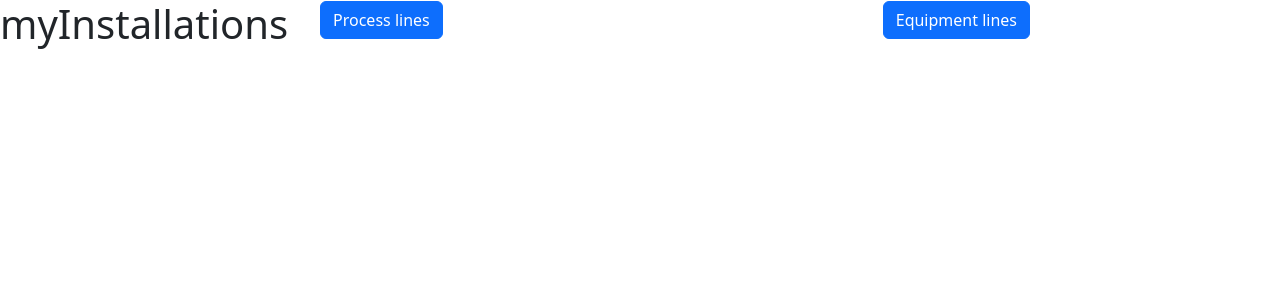
Repository: sreech465/evin3
Page: /equipment
An editor plug-in stored every save of this project. The page is shown before and after the next save, followed by the edit.
The browser window is 1280 px wide. The pictures show the whole page.
The page's requests for data from a server got no answer. The project was rebuilt for these pictures with package versions that can differ from the ones it lists, and the page was loaded fresh each time. No one was signed in, and anything a server would have sent is missing. Also part of the build but not shown: src/Login.js, src/Display.js, src/Details.js, src/CustomSearchBar.js, src/Process.js, src/Learning.js, src/ProcessDetails.js, src/EquipDetails.js.

Above is the page before, as saved 2022-10-29 08:20:24.

### src/index.js
import React from "react";
import ReactDOM from "react-dom/client";
import "./index.css";
import App from "./App";
import reportWebVitals from "./reportWebVitals";
import { Provider } from "react-redux";
import store from "./store";
import "bootstrap/dist/css/bootstrap.min.css";
const root = ReactDOM.createRoot(document.getElementById("root"));
root.render(
  <React.StrictMode>
    <Provider store={store}>
      <App />
    </Provider>
  </React.StrictMode>
);

// If you want to start measuring performance in your app, pass a function
// to log results (for example: reportWebVitals(console.log))
// or send to an analytics endpoint. Learn more: https://bit.ly/CRA-vitals
reportWebVitals();

### src/App.js
import React from "react";
import { Routes, Route } from "react-router-dom";
import { BrowserRouter } from "react-router-dom";
import Login from "./Login";
import Display from "./Display";
import Details from "./Details";
import Process from "./Process";
import Equipment from "./Equipment";
import Learning from "./Learning";
import ProcessDetails from "./ProcessDetails";
import EquipDetails from "./EquipDetails";

const App = () => {
  return (
    <div className="App">
      <BrowserRouter>
        <Routes>
          <Route path="/" element={<Login />} />
          <Route path="/display" element={<Display />} />
          <Route path="/details" element={<Details />} />
          <Route path="/pdetails" element={<Process />} />
          <Route path="/elearning" element={<Learning />} />
          <Route path="/equipment" element={<Equipment />} />
          <Route path="/pdetails/:id" element={<ProcessDetails />} />
          <Route path="/equipment/:id" element={<EquipDetails />} />
        </Routes>
      </BrowserRouter>
    </div>
  );
};

export default App;

### src/store.js
import { applyMiddleware, createStore } from "redux";
import thunk from "redux-thunk";

import { singleReducer } from "./combineReducer";

const store = createStore(singleReducer, applyMiddleware(thunk));

export default store;

### src/Equipment.js
import React, { useEffect } from "react";
import { useSelector, useDispatch } from "react-redux";
import { getEquipmentDetails } from "./Actions";
import Headertabs from "./Headertabs";
import { Link } from "react-router-dom";

const Equipment = () => {
  const dispatch = useDispatch();

  const access_token = useSelector(
    (state) => state.LoginReducer.auth.access_token
  );

  const EquipmentList = useSelector((state) => state.EquipmentReducer.Data102);
  console.log(EquipmentList);

  useEffect(() => {
    dispatch(getEquipmentDetails(access_token));
  }, []);

  return (
    <>
      <Headertabs />
      {/* <div>
        <Routes>
          <Route path="/equipment" element={<Equipment />} />
        </Routes>
      </div> */}

      <>
        {EquipmentList &&
          EquipmentList.data.results.length > 0 &&
          EquipmentList.data.results.map((element) => {
            return (
              <>
                <div class="card" style={{ display: "flex" }}>
                  <img
                    style={{ width: 70, height: 40 }}
                    class="card-img-top"
                    src={element.equipment_image}
                    alt="Card image cap"
                  />
                  <div class="card-body">
                    <h5 class="card-title">{element.equipment_id}</h5>
                    <p class="card-text">
                      {element.line_org_location} {element.installed_by_name}.
                    </p>
                    <Link to={`/equipment/${element.id}`}>
                      <button class="btn btn-primary">Details</button>
                    </Link>
                  </div>
                </div>
              </>
            );
          })}
      </>
      {/* ) : ( "loading" ); */}
    </>
  );
};

export default Equipment;

### src/combineReducer.js
import { combineReducers } from "redux";
import {
  equipmentReducer,
  equipmentReducer1,
  LoginReducer,
  processReducer,
  processReducer1,
  projectReducer,
} from "./Reducer";

export const singleReducer = combineReducers({
  LoginReducer: LoginReducer,
  ProjectReducer: projectReducer,
  ProcessReducer: processReducer,
  ProcessReducer1: processReducer1,
  EquipmentReducer: equipmentReducer,
  EquipmentReducer1: equipmentReducer1,
});

### src/Actions.js
import axios from "axios";

import {
  LOGIN_SUCESS,
  PROCESS_SUCESS,
  PROJECT_SUCESSC,
  EQUIPMENT_SUCESS,
  EQUIPMENT_SUCESSC,
  PROJECT_SUCESS,
} from "./types";

const apiBaseUrl = "http://52.139.224.15:81/account/";
const adminbaseurl = "http://52.139.224.15:81/";
const baseUrl = "http://52.139.224.15:81/account/login/";

export const loginAction = (username, password, navigate) => {
  console.log(username, password, "action");
  return async (dispatch) => {
    const formData = {
      username: username,
      password: password,
    };

    try {
      await axios.post(baseUrl, formData).then((response) => {
        console.log("response from api", response.data);
        if (response.status == 200) {
          dispatch({ type: LOGIN_SUCESS, payload: response.data });
          navigate("/display");
        }
      });
    } catch (err) {
      console.log(err);
    }
  };
};

export const getProjectDetails = (access_token) => {
  console.log(access_token);
  return async (dispatch) => {
    let config = {
      headers: { Authorization: `Bearer ${access_token}` },
    };

    try {
      await axios
        .get(
          "http://52.139.224.15:81/my_project_list/?search=&page=1&ordering=-id&project_status=&solution_org=",
          config
        )
        .then((response) => {
          console.log("response from api", response);
          if (response.status == 200) {
            dispatch({ type: PROCESS_SUCESS, payload: response });
          }
        });
    } catch (err) {
      console.log(err);
    }
  };
};

export const getProcesslines = (access_token) => {
  console.log(access_token);
  return async (dispatch) => {
    let config = {
      headers: { Authorization: `Bearer ${access_token}` },
    };

    try {
      await axios
        .get(
          "http://52.139.224.15:81/end_user/process_line/?primary_product=all&org_location=&query=&page=1&sort_by=-id&installed_by=",
          config
        )
        .then((response) => {
          console.log("response from api", response);
          if (response.status == 200) {
            dispatch({ type: PROJECT_SUCESS, payload: response });
          }
        });
    } catch (err) {
      console.log(err);
    }
  };
};

export const getProcesslines1 = (access_token, id) => {
  console.log(access_token);
  console.log(id);

  return async (dispatch) => {
    let config = {
      headers: { Authorization: `Bearer ${access_token}` },
    };

    try {
      await axios
        .get(
          `http://52.139.224.15:81/end_user/process_line/?line_id=${id}`,
          config
        )
        .then((response) => {
          console.log("response from api", response);
          if (response.status == 200) {
            dispatch({ type: PROJECT_SUCESSC, payload: response });
          }
        });
    } catch (err) {
      console.log(err);
    }
  };
};

export const getEquipmentDetails = (access_token) => {
  console.log(access_token);
  return async (dispatch) => {
    let config = {
      headers: { Authorization: `Bearer ${access_token}` },
    };

    try {
      await axios
        .get(
          "http://52.139.224.15:81/tagged_equipment_list/?search=&page=1&ordering=-status&process_line__org_location__name=&process_line__name=&system=&oem_org_id=&process_line__primary_product_ref__name=&equipment_select=&process_line__installed_by=",
          config
        )
        .then((response) => {
          console.log("response from api", response);
          if (response.status == 200) {
            dispatch({ type: EQUIPMENT_SUCESS, payload: response });
          }
        });
    } catch (err) {
      console.log(err);
    }
  };
};

export const getEquipmentDetails1 = (access_token, id) => {
  console.log(access_token);
  console.log(id);
  return async (dispatch) => {
    let config = {
      headers: { Authorization: `Bearer ${access_token}` },
    };

    try {
      await axios
        .get(
          `http://52.139.224.15:81/tagged_equipment_list/?installed_equipment_id=${id}`,
          config
        )
        .then((response) => {
          console.log("response from api", response);
          if (response.status == 200) {
            dispatch({ type: EQUIPMENT_SUCESSC, payload: response });
          }
        });
    } catch (err) {
      console.log(err);
    }
  };
};

### src/Headertabs.js
import React from "react";
import "./styles.css";
import { Link } from "react-router-dom";

const Headertabs = () => {
  return (
    <>
      <div style={{ display: "flex" }}>
        <h1>myInstallations</h1>
        <nav className="nav">
          <ul
            style={{
              textDecoration: "none",
              display: "flex",
              justifyContent: "space-around",
            }}
          >
            <li style={{ listStyleType: "none" }}>
              <Link to="/pdetails">
                <button style={{ width: "10" }} className="btn btn-primary">
                  Process lines
                </button>
              </Link>
            </li>
            <li style={{ listStyleType: "none", marginLeft: 440 }}>
              <Link to="/equipment">
                <button className="btn btn-primary">Equipment lines</button>
              </Link>
            </li>
          </ul>
        </nav>
      </div>
    </>
  );
};

export default Headertabs;

### src/Reducer.js
import {
  EQUIPMENT_SUCESS,
  EQUIPMENT_SUCESSC,
  LOGIN_SUCESS,
  PROCESS_SUCESS,
  PROJECT_SUCESS,
  PROJECT_SUCESSC,
} from "./types";
const initialState = {
  auth: {
    access_token: "",
    username: "",
    role_permissions: [],
  },
  Data100: "",
};

export const LoginReducer = (state = initialState, action) => {
  // console.log(action);

  switch (action.type) {
    case LOGIN_SUCESS:
      return {
        ...state,

        auth: action.payload,
      };

    default:
      return state;
  }
};

export const projectReducer = (state = initialState, action) => {
  // console.log(action);

  switch (action.type) {
    case PROCESS_SUCESS:
      return {
        ...state,

        Data100: action.payload,
      };

    default:
      return state;
  }
};

export const processReducer = (state = initialState, action) => {
  // console.log(action);

  switch (action.type) {
    case PROJECT_SUCESS:
      return {
        ...state,

        Data101: action.payload,
      };

    default:
      return state;
  }
};

export const processReducer1 = (state = initialState, action) => {
  // console.log(action);

  switch (action.type) {
    case PROJECT_SUCESSC:
      return {
        ...state,

        TOM: action.payload,
      };

    default:
      return state;
  }
};

export const equipmentReducer = (state = initialState, action) => {
  // console.log(action);

  switch (action.type) {
    case EQUIPMENT_SUCESS:
      return {
        ...state,

        Data102: action.payload,
      };

    default:
      return state;
  }
};

export const equipmentReducer1 = (state = initialState, action) => {
  // console.log(action);

  switch (action.type) {
    case EQUIPMENT_SUCESSC:
      return {
        ...state,

        JERRY: action.payload,
      };

    default:
      return state;
  }
};

### src/types.js
export const LOGIN_SUCESS = "LOGIN_SUCESS";
export const PROCESS_SUCESS = "PROCESS_SUCESS";
export const PROJECT_SUCESS = "PROJECT_SUCESS";
export const EQUIPMENT_SUCESS = "EQUIPMENT_SUCESS";
export const EQUIPMENT_SUCESSC = "EQUIPMENT_SUCESSC";
export const PROJECT_SUCESSC = "PROJECT_SUCESSC";

### src/styles.css
* {
    box-sizing: border-box;
}

body {
    margin:0;

}

.nav {
    background-color:'white';
    color:white;
    display: flex;
    justify-content: space-between;
    align-items: center;
    gap: 2rem;
    padding: 0 1rem;
}

.nav a {
    color:inherit
}

Loaded but not shown: public/index.html (common file); src/index.css (common file); src/reportWebVitals.js (common file)

After the next save:
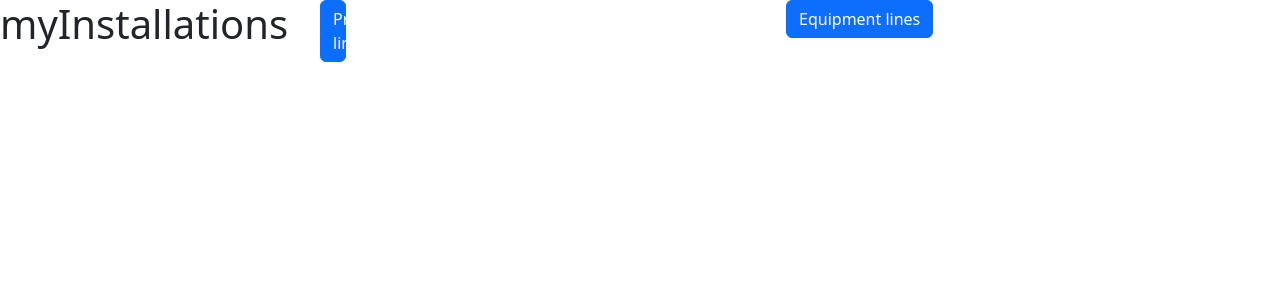
Saved 11 s later.
--- a/src/Headertabs.js
+++ b/src/Headertabs.js
@@ -17,7 +17,7 @@ const Headertabs = () => {
           >
             <li style={{ listStyleType: "none" }}>
               <Link to="/pdetails">
-                <button style={{ width: "10" }} className="btn btn-primary">
+                <button style={{ width: 5 }} className="btn btn-primary">
                   Process lines
                 </button>
               </Link>
